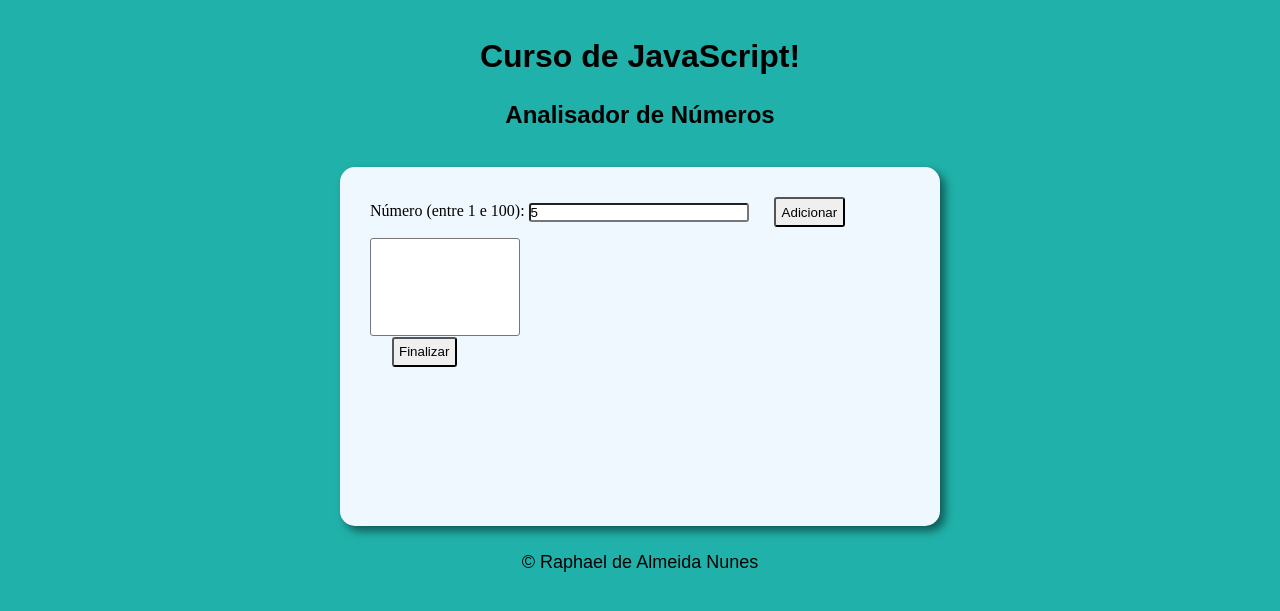
Repository: raphaanunes/codigos
Page: Cursos JavaScript/exercício/analisador de números/analisador.html
The author's editor kept a copy of each file at every save. The page is drawn from the files as they stood at one save, then again after the next save.
The browser window is 1280 px wide. The pictures show the whole page.
Empty fields were first filled with sample values (such as "Sample", 5 or name@example.com).
After loading, the first visible `#botao` was clicked once.

Above is the page before, as saved 2024-08-11 14:27:43.

### Cursos JavaScript/exercício/analisador de números/analisador.html
<!DOCTYPE html>
<html lang="pt-BR">

<head>
    <meta charset="UTF-8">
    <meta name="viewport" content="width=device-width, initial-scale=1.0">
    <title> Analisador de Números </title>

    <link rel="stylesheet" href="analisador.css">


</head>

<body>
    <h1> Curso de JavaScript!</h1>
    <h2> Analisador de Números </h2>

    <section> <!-- aqui comeca a section -->


        <div>

            Número (entre 1 e 100):
            <input type="number" name="fnum" id="fnum">
            <input type="button" id="botao" value="Adicionar" onclick="adicionar()">
            <br><select name="flista" id="flista" size="6"></select>
            <br><input type="button" id="botao" value="Finalizar">

        </div>
        <div id="res">

        </div>
    </section><!-- aqui termina o section -->

    <footer>
        <p> &copy; Raphael de Almeida Nunes </p>
    </footer>
    <script src="analisador.js"></script>
</body>

</html>

### Cursos JavaScript/exercício/analisador de números/analisador.css
@charset "UTF-8";
/* geral */
* {
    padding: 0;
    margin: 0;
}
body {
    background-color: lightseagreen;
    color: black;
}

/* seção  */
section{

    background-color: aliceblue;
    width: 600px;
    height: 10%;
    margin-left: auto;
    margin-right: auto;
    margin-top: 3%;
    border-radius: 15px;
    padding: 0% 0% 5% 0%;
    box-shadow: 5px 5px 10px rgba(0, 0, 0, 0.5);

}
h1 {
    font-family: sans-serif;
    font-size: xx-large;
    text-align: center;
    margin-top: 3%;
    color: black;
}

h2 {
    font-family: sans-serif;
    font-size: x-large;
    text-align: center;
    margin: 2%;
    color: black;
}

p{
    font-family: sans-serif;
    font-size: large;
}

    /* input */

    input{
        width: 40%;
        margin-bottom: 1%;
        border-radius: 3px;
    }

    /* botao*/

input#botao{
        padding: 1%;
        width:fit-content;
        margin-left: 4%;
        border-radius: 3px;
    }

div{
    padding: 5%;
    align-items: center;
    justify-content: center;
}

/* rodape */

footer{
    font-family: 'Franklin Gothic Medium', 'Arial Narrow', Arial, sans-serif;
    text-align: center;
    padding: 1%;
    color: black;

    width: 25%;
    margin-left: auto;
    margin-right:auto ;
    margin-top: 1%;
    border-radius: 15px;
}

select#flista{
    width: 150px;
    margin-left: auto;
    margin-right:auto ;
    margin-top: 1%;
    border-radius: 3px;
}

### Cursos JavaScript/exercício/analisador de números/analisador.js
let num = document.querySelector('input#fnum');
let lista = document.querySelector('select#flista');
let res = document.querySelector('div#res');
let valores = []


function isNumero(n){
    if(Number(n) >= 1 && Number(n) <= 100){
        return true
    } else {
        return false
    }
}

function inLista(n, l){
    if (l.indexOf(Number(n)) != -1){
        return true
    } else {
        return false
    }
}


function adicionar(){
    if(isNumero(num.value) && !inLista(num.value, valores)) {
        valores.push(Number(num.valeu))
    } else {
        window.alert('Valor inválido ou já encontrado na lista')
    }
}

After the next save:
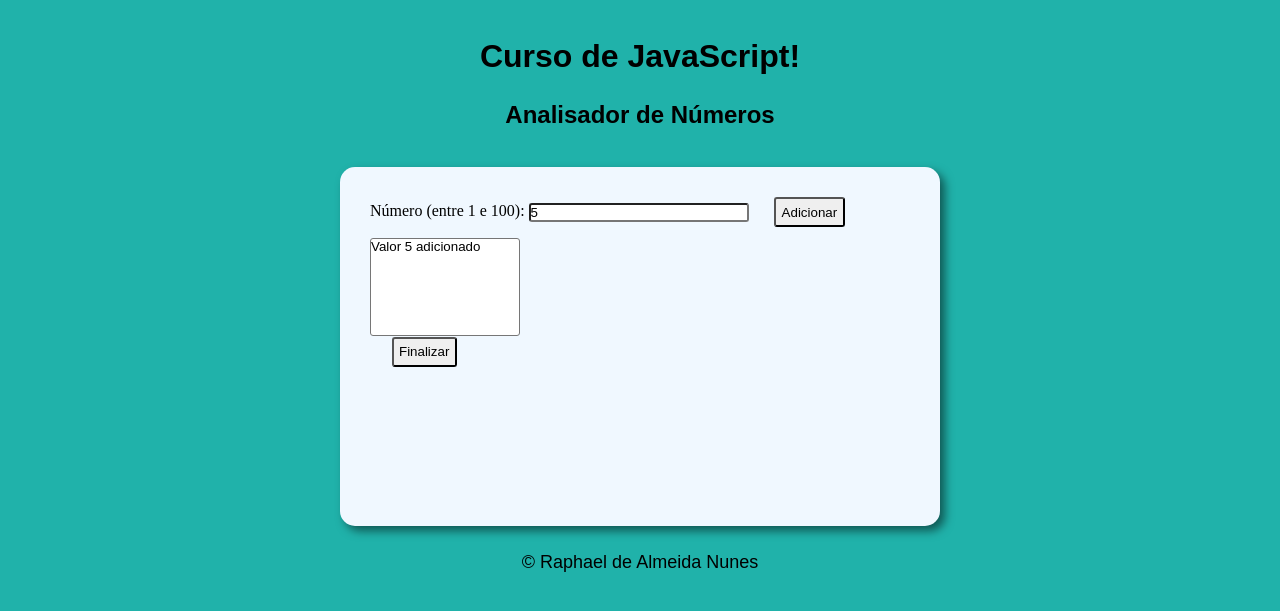
Saved 2 min 59 s later.
--- a/Cursos JavaScript/exercício/analisador de números/analisador.js
+++ b/Cursos JavaScript/exercício/analisador de números/analisador.js
@@ -24,6 +24,9 @@ function inLista(n, l){
 function adicionar(){
     if(isNumero(num.value) && !inLista(num.value, valores)) {
         valores.push(Number(num.valeu))
+        let item = document.createElement('option')
+        item.text = `Valor ${num.value} adicionado`
+        lista.appendChild(item)
     } else {
         window.alert('Valor inválido ou já encontrado na lista')
     }
